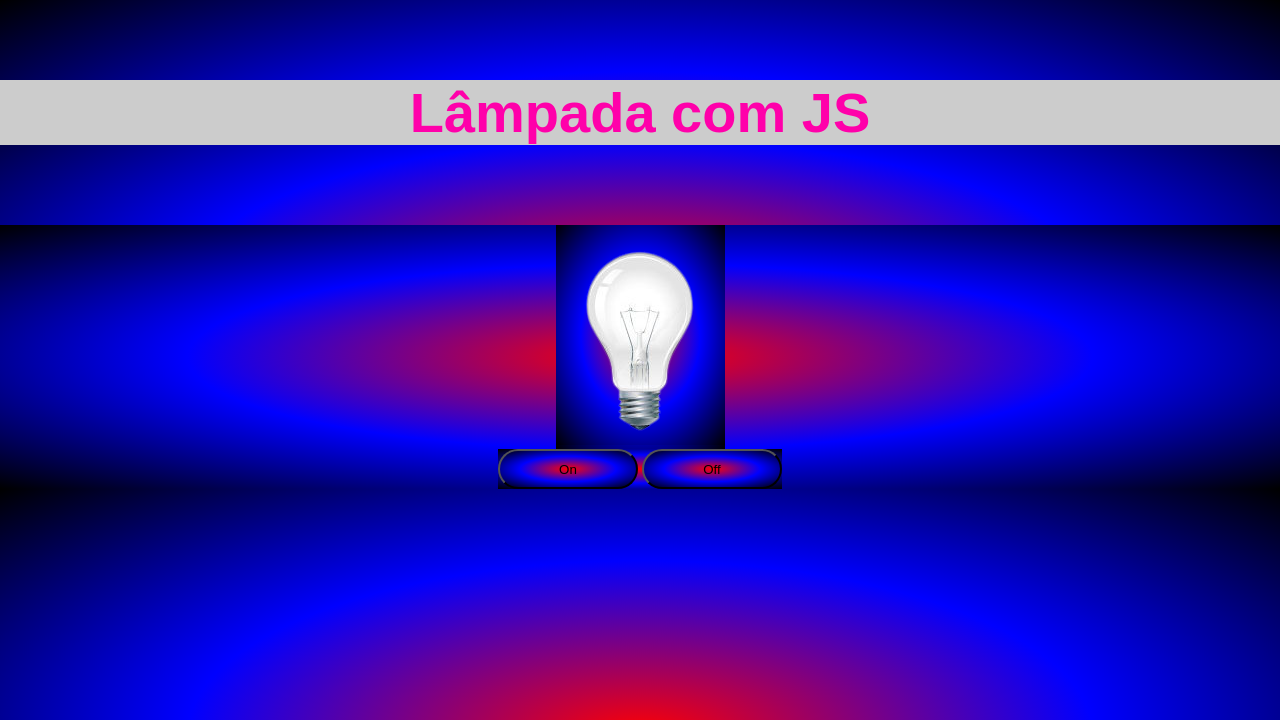
Repository: kahut-gdd/lampadaComJs
Page: index.html
An editor plug-in stored every save of this project. The page is shown before and after the next save, followed by the edit.
The browser window is 1280 px wide. The pictures show the whole page.

Above is the page before, as saved 2022-06-25 13:04:58.

After the next save:
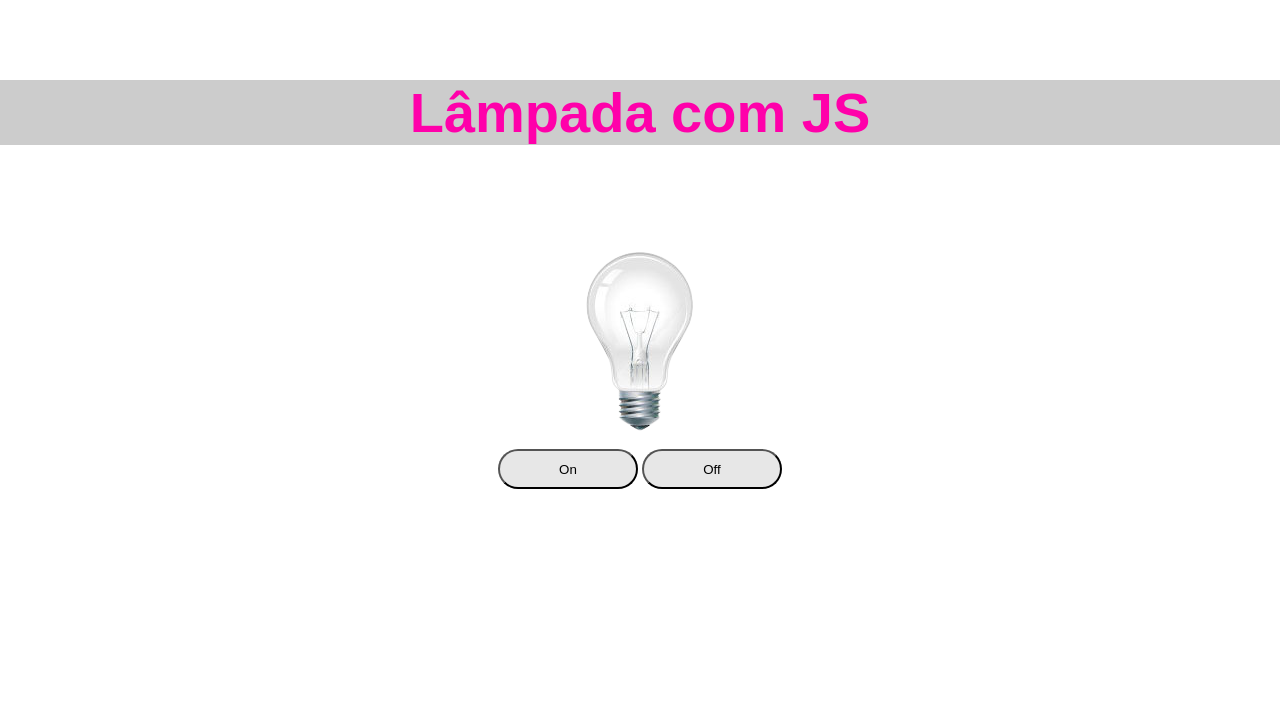
Saved 14 s later.
--- a/index.html
+++ b/index.html
@@ -9,7 +9,7 @@
         *{
             margin: 0;
             padding: 0;
-            background: radial-gradient(red, blue, black);
+            background-color: radial-gradient(red, blue, black);
             align-items: center;
         }
         h1{

After the save that followed:
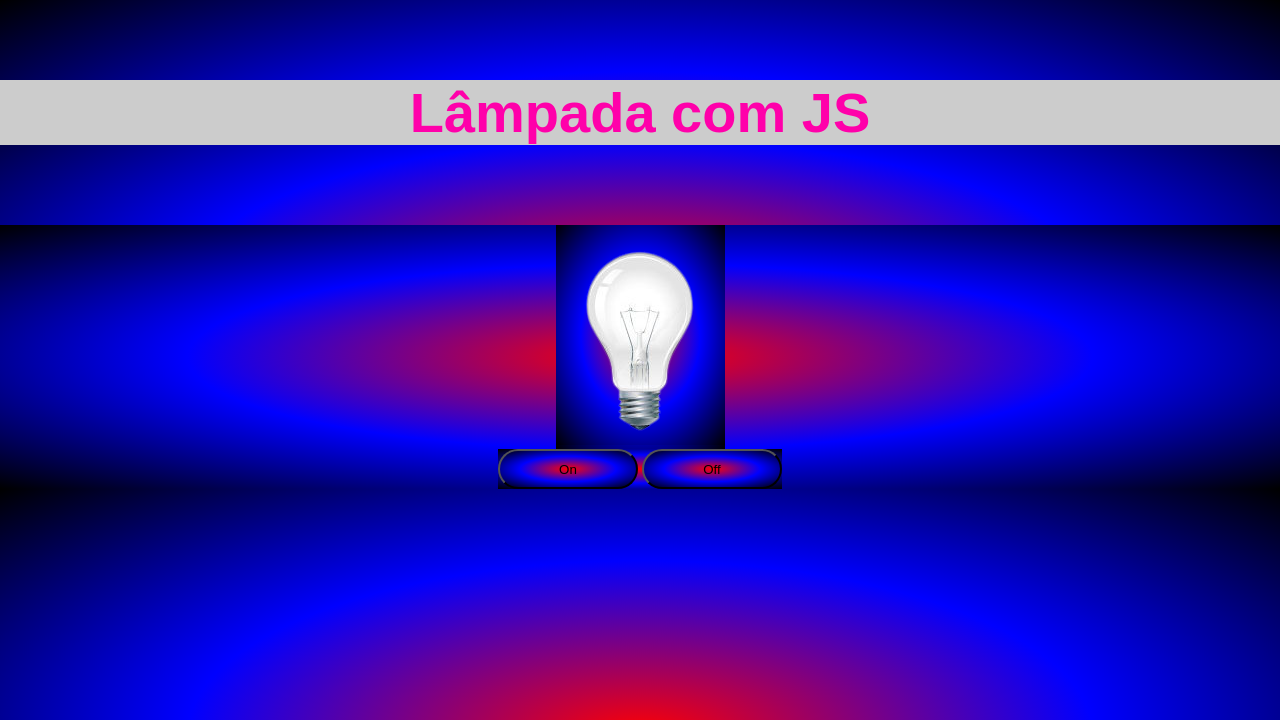
Saved 13 s later.
--- a/index.html
+++ b/index.html
@@ -9,7 +9,7 @@
         *{
             margin: 0;
             padding: 0;
-            background-color: radial-gradient(red, blue, black);
+            background: radial-gradient(red, blue, black);
             align-items: center;
         }
         h1{
